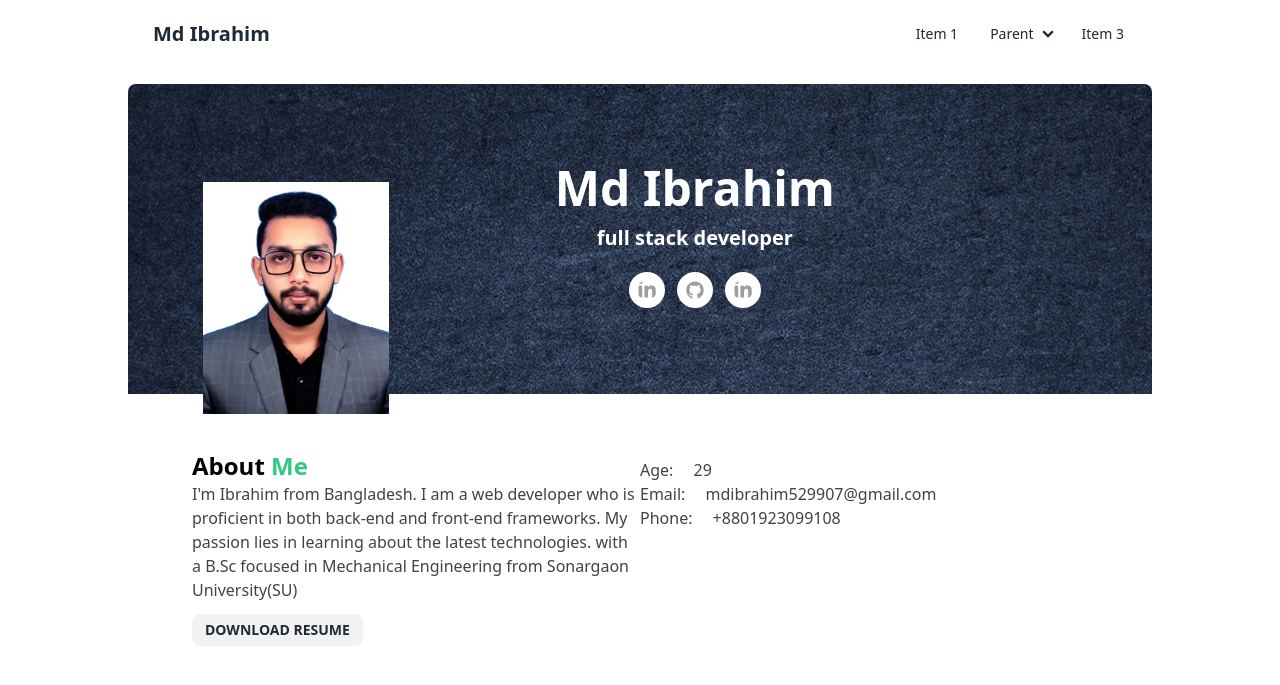
Repository: mdrubel02/portfilo
Page: /
These files come from the project's save history. The page is drawn as it stood at one moment and after the next save; the edit follows.
The browser window is 1280 px wide. The pictures show the whole page.
The project was rebuilt for these pictures with package versions that can differ from the ones it lists, and the page was loaded fresh each time. Also part of the build but not shown: vite.config.js.

Above is the page before, as saved 2023-06-25 17:15:50.

After the next save:
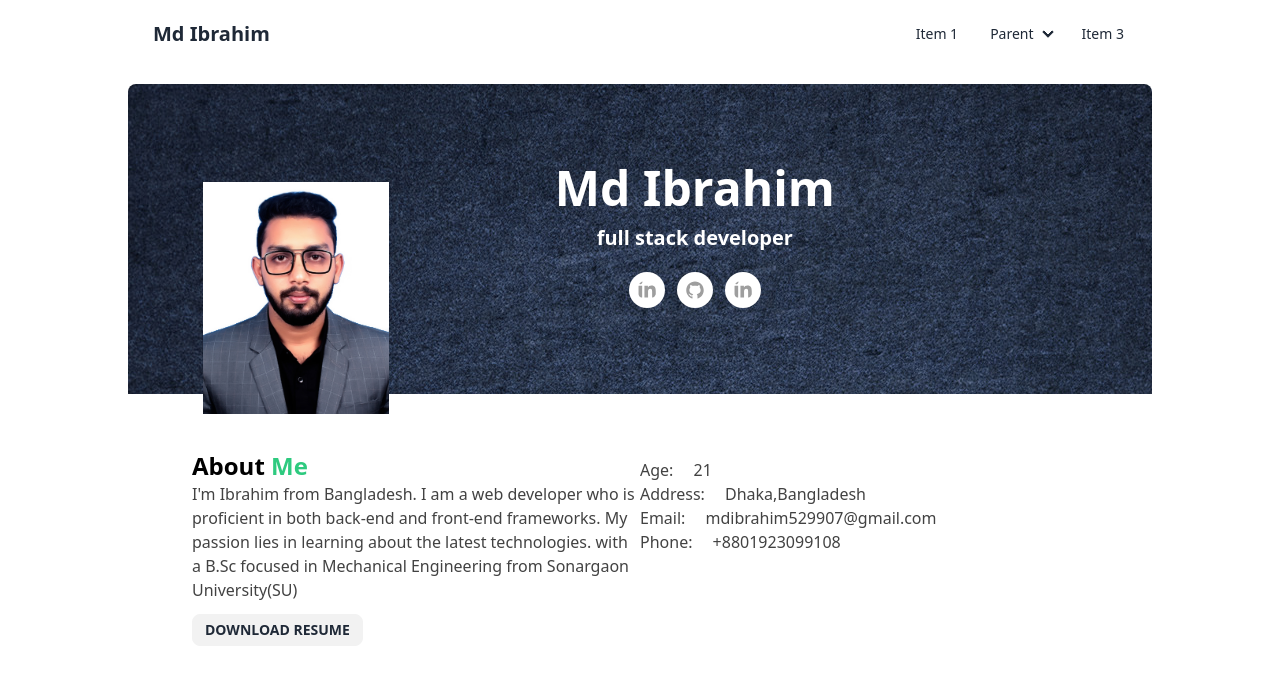
Saved 51 s later.
--- a/src/Pages/Home/me.jsx
+++ b/src/Pages/Home/me.jsx
@@ -13,7 +13,8 @@ const me = () => {
                 <div className="divider border-gray-300 border-[1px] lg:hidden"></div>
                 <div className='md:w-3/6 lg:mt-16 max-[600px]:ms-5'>
                     <div>
-                        <h4 className='text-[#424242] '>Age: <span className='ms-4'>29</span></h4>
+                        <h4 className='text-[#424242] '>Age: <span className='ms-4'>21</span></h4>
+                        <h4 className='text-[#424242] '>Address: <span className='ms-4'>Dhaka,Bangladesh</span></h4>
                         <h4 className='text-[#424242] '>Email: <span className='ms-4'>mdibrahim529907@gmail.com</span></h4>
                         <h4 className='text-[#424242] '>Phone: <span className='ms-4'>+8801923099108</span></h4>
                     </div>
